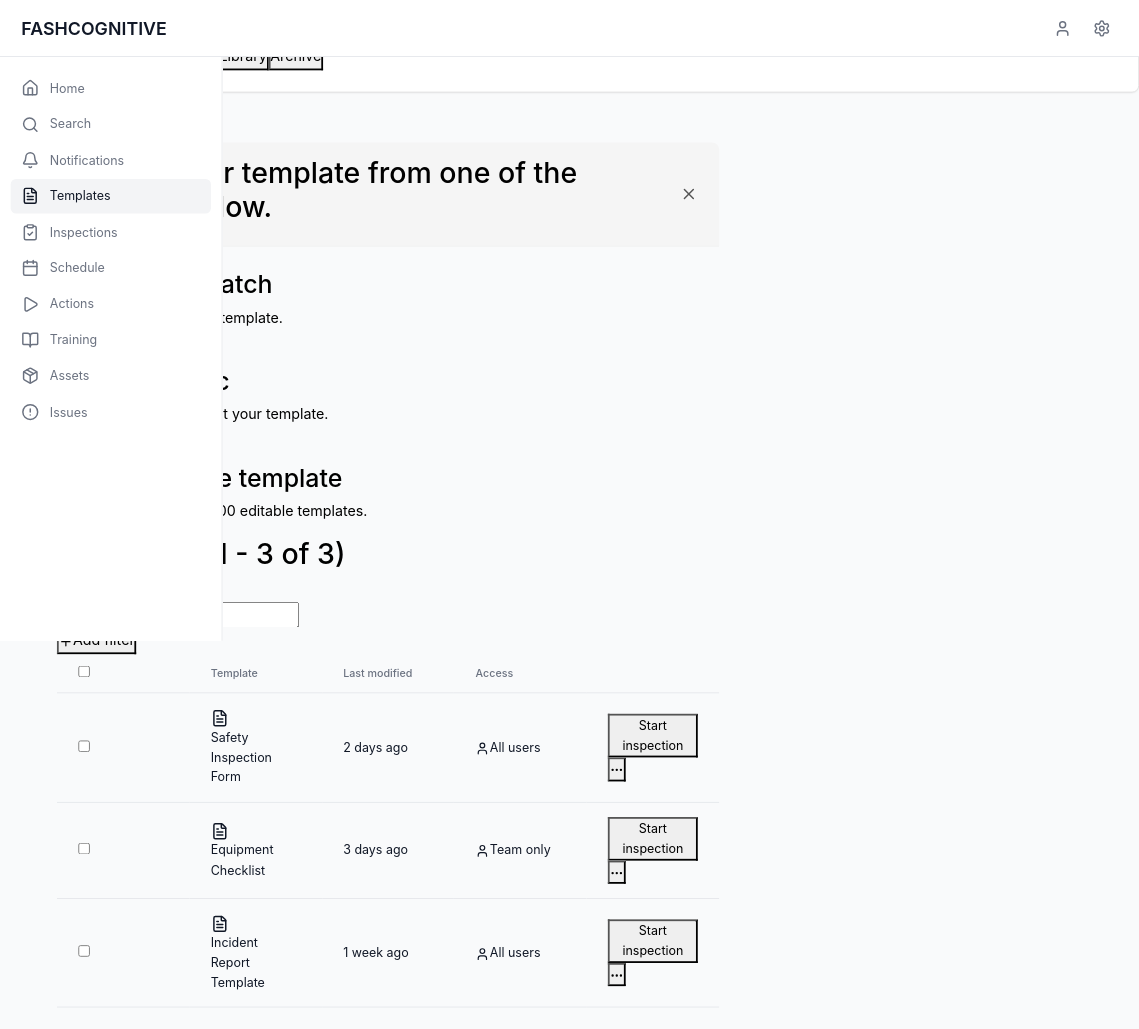
Repository: loganand612/fashcognitive-intern
Page: /template (app in fash/)
The author's editor kept a copy of each file at every save. The page is drawn from the files as they stood at one save, then again after the next save.
The browser window is 1280 px wide. The pictures show the whole page, at 89% of full size.
The project was rebuilt for these pictures with package versions that can differ from the ones it lists, and the page was loaded fresh each time. Also part of the build but not shown: fash/src/pages/Login.css, fash/src/pages/Register.css, fash/src/pages/Dashboard.css, fash/src/pages/Home.tsx, fash/src/pages/Login.tsx, fash/src/pages/Register.tsx, fash/src/pages/Home2.tsx, fash/src/pages/Create_template.tsx and 1 more. Imported but missing from the stored project, and not drawn on this page: fash/src/pages/assets/head1.mp4.

Above is the page before, as saved 2025-04-13 21:54:06.

After the next save:
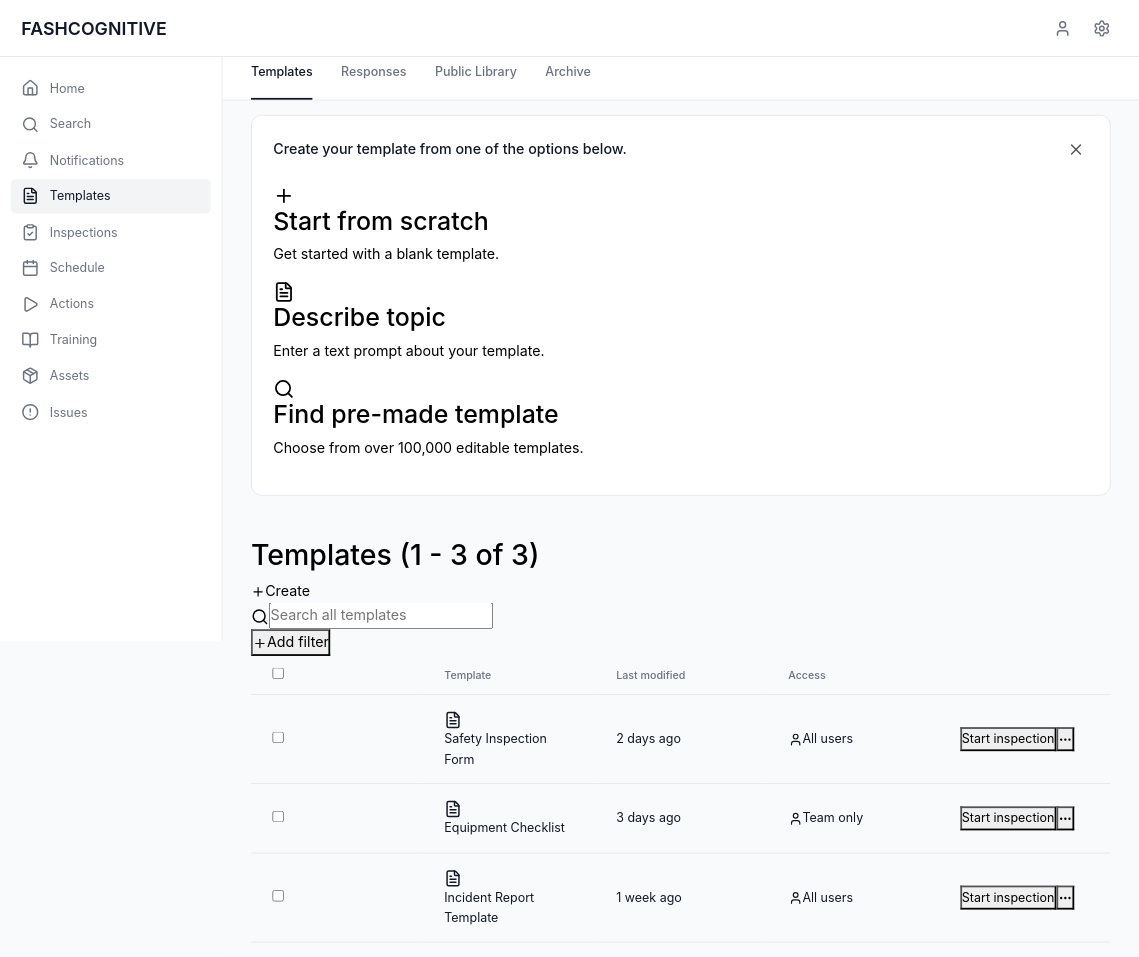
Saved 17 s later.
--- a/fash/src/pages/Template_page.tsx
+++ b/fash/src/pages/Template_page.tsx
@@ -69,19 +69,19 @@ const TemplatePage: React.FC = () => {
         </nav>
       </aside>
 
-      <div className="template-container">
-        <div className="template-header">
-          <nav className="template-tabs">
-            <button className="tab active">Templates</button>
-            <button className="tab">Responses</button>
-            <button className="tab">Public Library</button>
-            <button className="tab">Archive</button>
+      <div className="tp-template-container">
+        <div className="tp-template-header">
+          <nav className="tp-template-tabs">
+            <button className="tp-tab active">Templates</button>
+            <button className="tp-tab">Responses</button>
+            <button className="tp-tab">Public Library</button>
+            <button className="tp-tab">Archive</button>
           </nav>
         </div>
 
-        <div className="template-content">
-          <section className="creation-section">
-            <div className="section-header">
+        <div className="tp-template-content">
+          <section className="tp-creation-section">
+            <div className="tp-section-header">
               <h2>Create your template from one of the options below.</h2>
               <button className="close-button">
                 <X size={20} />
